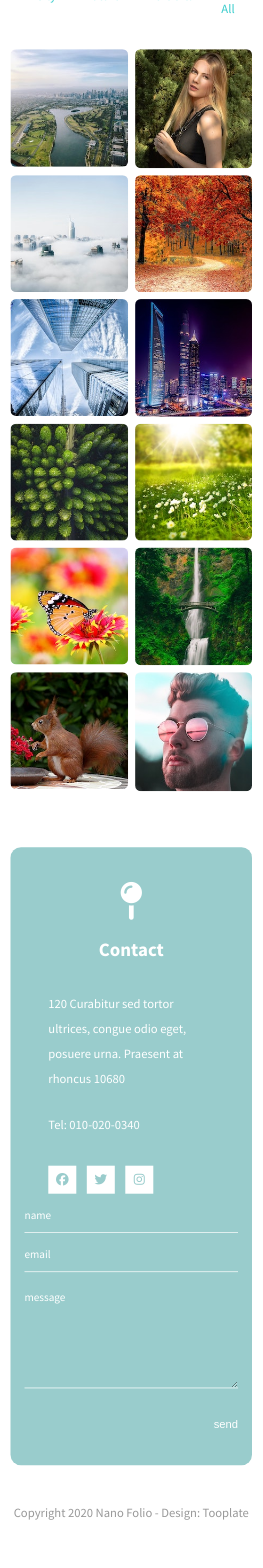
Repository: BuiVanVu102/Tooplate
Page: index.html
The author's editor kept a copy of each file at every save. The page is drawn from the files as they stood at one save, then again after the next save.
The browser window is 375 px wide. The pictures show the part of the page from y = 1475 to 3715 px (the page is 3715 px tall before and 3713 px after), at 70% of full size.
Some web libraries are served in a nearby version. The style sheet was rebuilt from its Sass, Less or Tailwind sources for each picture, by a compiler version that may differ from the author's.

Above is the page before, as saved 2021-11-17 13:44:06.

### index.html
<!DOCTYPE html>
<html lang="en">
<head>
	<meta charset="UTF-8">
	<meta http-equiv="X-UA-Compatible" content="IE=edge">
	<meta name="viewport" content="width=device-width, initial-scale=1.0">
	<link rel="preconnect" href="https://fonts.googleapis.com">
	<link rel="preconnect" href="https://fonts.gstatic.com" crossorigin>
	<link href="https://fonts.googleapis.com/css2?family=Source+Sans+Pro:wght@400;700&display=swap" rel="stylesheet">
	<link rel="stylesheet" href="./css/app.css">
	<title>Nano Folio - Live View</title>
</head>
<body>
		<div class="wrapper">
			<main>
				<section class="first">
					<div class="container">
						<div class="first__container">
							<i class="fas fa-heart fa-3x"></i>
							<h1 class="first__name">Nano Folio</h1>
						</div>
					</div>
				</section>
				<section class="about">
					<div class="container">
						<div class="about__container">
							<div class="about__heading">
								<i class="fas fa-users fa-2x"></i>
								<h2 class="about__name">
									About Us
								</h2>
							</div>
							<div class="about__desc">
								<p class="about__typography1">
									Nano Folio is simple HTML template with a minimal very light-weight custom CSS file. Max content width is 940 pixels. You can easily change the width or any part in this template. Gallery comes with a pop-up image and simple categories.
								</p>
								<p class="about__typography2">
									Please support Tooplate website by telling your friends about it. That is going to be very helpful for us. Feel free to <a rel="nofollow" href="https://www.tooplate.com/contact" target="_blank" style="color: #99FF66;">message us</a>  via email or live chat if you have anything to say.
								</p>
							</div>
						</div>
					</div>
				</section>
				<section class="show">
					<div class="container">
						<div class="show__container">
							<div class="show__header">
								<ul class="menu">
									<li class="menu__item"><a href="#!">City</a></li>
									<li class="menu__item"><a href="#!">Nature</a></li>
									<li class="menu__item"><a href="#!">Portraits</a></li>
									<li class="menu__item"><a href="#!">Show All</a></li>
								</ul>
							</div>
							<div class="show__list">
								<div class="show__img">
									<img src="./images/city-1.jpg" alt="">
								</div>
								<div class="show__img">
									<img src="./images/human-1.jpg" alt="">
								</div>
								<div class="show__img">
									<img src="./images/city-2.jpg" alt="">
								</div>
								<div class="show__img">
									<img src="./images/nature-1.jpg" alt="">
								</div>
								<div class="show__img">
									<img src="./images/city-3.jpg" alt="">
								</div>
								<div class="show__img">
									<img src="./images/city-4.jpg" alt="">
								</div>
								<div class="show__img">
									<img src="./images/nature-2.jpg" alt="">
								</div>
								<div class="show__img">
									<img src="./images/nature-3.jpg" alt="">
								</div>
								<div class="show__img">
									<img src="./images/nature-4.jpg" alt="">
								</div>
								<div class="show__img">
									<img src="./images/nature-5.jpg" alt="">
								</div>
								<div class="show__img">
									<img src="./images/nature-6.jpg" alt="">
								</div>
								<div class="show__img">
									<img src="./images/human-2.jpg" alt="">
								</div>

							</div>
						</div>
					</div>
				</section>
				<section class="form">
					<div class="container">
						<div class="form__container">
							<div class="form__submit">
								<input type="text" name="" id="" placeholder="name">
								<input type="email" name="" id="" placeholder="email">
								<textarea name="" id="" cols="30" rows="10" placeholder="message"></textarea>
								<button type="submit">send</button>
							</div>
							<div class="form__info">
								<address class="form__adress">120 Curabitur sed tortor ultrices, congue odio eget, posuere urna. Praesent at rhoncus 10680</address>
								<div class="form__phone">
									Tel: <a href="tel:0100200340" class="form__phone-link">010-020-0340</a>
								</div>
								<div class="form__network">
									<a href="https://facebook.com"><i class="fab fa-facebook"></i></a>
									<a href="https://twitter.com"><i class="fab fa-twitter"></i></a>
									<a href="https://instagram.com"><i class="fab fa-instagram"></i></a>

								</div>
							</div>
							<div class="form__contact">
								<i class="fas fa-map-pin fa-3x"></i>
								<h2 class="form__contact-text">
									Contact
								</h2>
							</div>
						</div>
					</div>
				</section>
			</main>
			<footer class="footer">
				<div class="container">
					<div class="footer__container">

					Copyright 2020 Nano Folio - Design: <a rel="sponsored" href="https://www.tooplate.com" class="footer__link">Tooplate</a>
					</div>
				</div>
			</footer>
		</div>
		<script src="https://kit.fontawesome.com/33b4a28a88.js" crossorigin="anonymous"></script>
</body>
</html>

### sass/app.scss
@import 'variable';
@import 'reset';
@import 'global';
@import 'first';
@import 'about';
@import 'show';
@import 'form';
@import 'footer';

### sass/_variable.scss
$font: 'Source Sans Pro', sans-serif;
$text-color: #ffff;
$title-color: #38cccc;

### sass/_reset.scss
html {
	box-sizing: border-box;
  }
  * {
	margin: 0;
	padding: 0;
  }
  *,
  *:before,
  *:after {
	box-sizing: border-box;
  }
  input,
  textarea,
  select,
  button {
	outline: none;
  }
  input {
	line-height: normal;
  }
  label,
  button {
	cursor: pointer;
  }
  a {
	text-decoration: none;
  }
  img {
	display: block;
	max-width: 100%;
  }

### sass/_global.scss
body {
	line-height: 2em;
	color: $font;
	font-size: 18px;
	font-family: $font;
	font-weight: 400;
	background-color: white;
	overflow-x: hidden;
}

.wrapper {
	max-width: 100%;
	margin: 0 auto;
}
.container {
	width: 100%;
	max-width: 970px;
	margin: 0 auto;
	padding: 0px 15px;
}

### sass/_first.scss
.first {
	margin-top: 60px;
	&__container{
		display: flex;
		flex-direction: column;
		justify-content: center;
		align-items: center;
		border-radius: 15px;
		max-width: 940px;
		height: 470px;
		background-color: #f96699;
		color: white;
		margin-bottom: 50px;

	}
	&__name {
		margin: 22px 0;
	}
}
.fa-hear:before {
	content: "\f004";
}

### sass/_about.scss
.about {
	margin-top: 0px;
	&__container {
		display: flex;
		// justify-content: center;
		// align-items: center
		padding: 50px 50px;
		margin-bottom: 80px;

		min-height: 482px;
		max-width: 940px;
		background-color: #38cccc;
		color: white;

		border-radius: 15px;
	}
	&__heading {
		display: flex;
		flex-direction: column;
		align-items: center;
		justify-content: center;

		// min-width: 420px;
		min-width: 50%;
		// min-height:382px;
	}
	&__name {
		margin:  22px 0;
		font-size: 1.5em;
		font-weight: bold;
	}
	&__decs {
		display: block;
		min-width: 50%;
	}
	&__typography1 {
		margin: 18px 0 40px;

		margin-block-start: 1em;
		margin-block-end: 1em;
		margin-inline-start: 0px;
		margin-inline-end: 0px;
	}
	&__typography2 {
		margin: 18px 0 0;

		margin-block-start: 1em;
		margin-block-end: 1em;
		margin-inline-start: 0px;
		margin-inline-end: 0px;
	}
}
.fa-user:before {
	content: "\f0c0";
}
@media screen and (max-width: 545px) {
	.about__container {
		display: flex;
		flex-direction: column;
	}
}

@media screen and (max-width: 375px) {

	.about__container {
		display: flex;
		flex-direction: column;

	}
}

### sass/_show.scss
.show {
	margin-bottom: 80px;
	&__container {
		display: block;
	}
	&__header {
		display: flex;
		justify-content: flex-end;
		align-items: center;
		margin-bottom: 40px;
		color: #38CCCC;
	}
	&__list {
		display: grid;
		grid-template-columns: repeat(4, 1fr);
		gap: 20px;

		position: relative;
	}
	&__img img{
		width: auto;
		height: auto;
		border-radius: 0.5rem;
	}

}

.menu {
	list-style: none;
	display: flex;
	align-items: center;
	gap:40px ;


	&__item a {
		color: inherit;
		font-size: 18px;
	}
	&__item a:focus{
		color: #f96699;
	}
}
@media screen and (max-width: 768px) {
	.show__header {
		display: flex;
		justify-content: flex-start;
	}
	.show__list {
		display: grid;
		grid-template-columns: repeat(3, 1fr);
		gap: 15px 15px;

	}
	.menu {
		margin-left: 36px;
	}

}
@media screen and (max-width: 545px) {
	.show__list {
		display: grid;
		grid-template-columns: repeat(2, 1fr);
		gap: 15px 15px;
	}
}

@media screen and (max-width: 375px) {
	.show__header {
		display: flex;

	}
	.show__list {
		display: grid;
		grid-template-columns: repeat(2, 1fr);
		gap: 10px 10px;
	}
	.show__img img{
		width: auto;
		height: auto;
	}
}

### sass/_form.scss
.form {
	margin-bottom: 50px;
	&__container {
		display: flex;
		justify-content: space-between;
		align-self: center;

		width: 100%;
		min-height: 438px;

		color: white;
		background-color: #99CCCC;

		padding: 50px 20px;

		border-radius: 15px;
	}
	&__submit {
		display: block;
		width: 40%;
	}
	&__submit  input{
		display: block;
		font-family: $font;
		font-size: 1rem;
		background: transparent;
		color: white;
		border: 0;
		border-bottom: 1px solid white;
		padding: 15px 0;
		margin-top: 5px;
		margin-bottom: 5px;
		width: 100%;
	}
	&__submit textarea {
		font-family: $font;
		font-size: 1rem;
		background:transparent;
		border: 0;
		border-bottom: 1px solid white;
		color: white;
		padding: 15px 0;
		margin: 5px 0 30px;
		max-width: 100%;
		max-height: 156px;
	}
	&__submit input:focus-visible {
		outline-offset: 0px;
		outline: -webkit-focus-color auto 1px;
		outline-color: -webkit-focus-ring-color;
		outline-style: auto;
		outline-width: 1px;
	}
	&__submit textarea:focus-visible {
		outline-offset: 0px;
		outline: -webkit-focus-ring-color auto 1px;
		outline-color: -webkit-focus-ring-color;
		outline-style: auto;
		outline-width: 1px;
	}
	&__submit button {
		display: block;

		background: none;
		color: white;
		font-size: 1rem;
		border: 0;
		cursor: pointer;
		transition: all 0.3s ease;

		margin-left: auto;
		margin-right: 0;
	}
	&__submit button:hover {
		color: black;
	}
	&__submit button:focus-visible {
		outline-offset: 0px;
		outline: -webkit-focus-ring-color auto 1px;
		outline-color: -webkit-focus-ring-color;
		outline-style: auto;
		outline-width: 1px;
	}
	&__info {
		display: block;

		width: 40%;
		padding: 20px 34px 0;
	}
	&__adress{
		display: block;
		margin-bottom: 30px;
		font-style: normal;
		font-size: 18px;

		max-width: 292px;
	}
	&__phone {
		display: block;
		margin-bottom: 40px;
		color: white;
		&-link {
			color: inherit;
			transition: all 0.3s ease;
		}
		&-link:hover {
			color: #38CCCC;
		}
	}
	&__network {
		display: flex;

	}
	&__network a {
		display: flex;
		justify-content: center;
		align-items: center;

		height: 40px;
		width: 40px;

		background-color: #ffff;
		margin-right: 15px;

		color: #99cccc;
		transition: all 0.3s ease;
	}
	&__network a:hover {
		color: #30ADAD;
	}
	&__contact {
		display: flex;
		flex-direction: column;
		align-items: center;
		justify-content: center;

		width: 20%;
		padding: 0 34px;
		&-text {
			display: block;
			margin: 22.4px;
			font-size: 1.5em;
			font-weight: bold;

		}
	}
}
::placeholder {
	color: white;

}

.fa-facebook:before {
	content: "\f09a";
}
.fa-twitter:before {
    content: "\f099";
}
.fa-instagram:before {
    content: "\f16d";
}
.fa-map-pin:before {
    content: "\f276";
}

@media screen and (max-width: 545px) {
	.form__container {
		display: flex;
		flex-direction: column-reverse;
		justify-content: center;
		align-items: center;

		margin-bottom: 30px;
		width: 100%;
	}
	.form__info {
		display: block;
		width: 100%;

	}
	.form__submit {
		display: block;
		width: 100%;
	}
	.form__submit textarea {
		width: 100%;
	}
}

@media screen and (max-width: 375px) {
	.form__container {
		display: flex;
		flex-direction: column-reverse;
		justify-content: center;
		align-items: center;
		padding: 50px 20px;
	}
	.form__info {
		display: block;
		width: 100%;

	}
	.form__submit {
		display: block;
		width: 100%;
	}
}

### sass/_footer.scss
.footer {
	margin-bottom: 60px;
	&__container {
		display: block;
		color: #999999;
		text-align: center;
	}
	&__link {
		color:#999999;
		transition: all 0.3s ease;
	}
	&__link:hover {
		color: #38CCCC;
	}

}

After the next save:
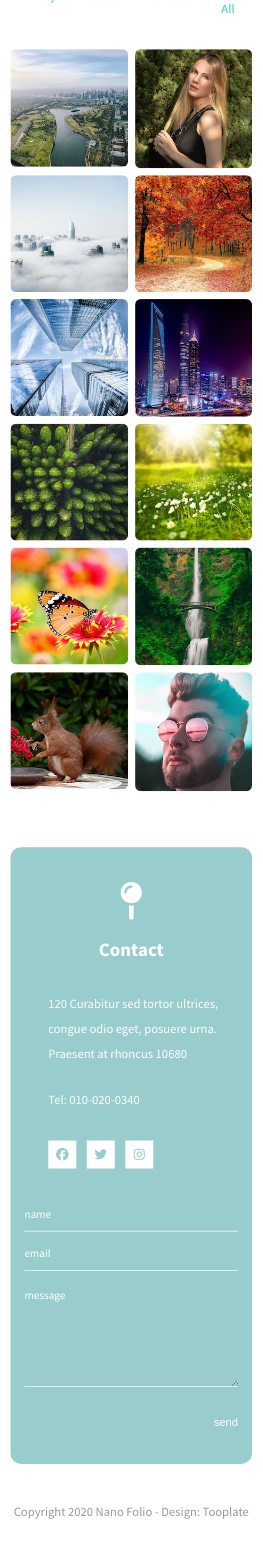
Saved 2 min 25 s later.
--- a/sass/_form.scss
+++ b/sass/_form.scss
@@ -177,6 +177,8 @@
 		display: block;
 		width: 100%;
 
+		padding: 20px 0 34px 34px;
+
 	}
 	.form__submit {
 		display: block;

After the save that followed:
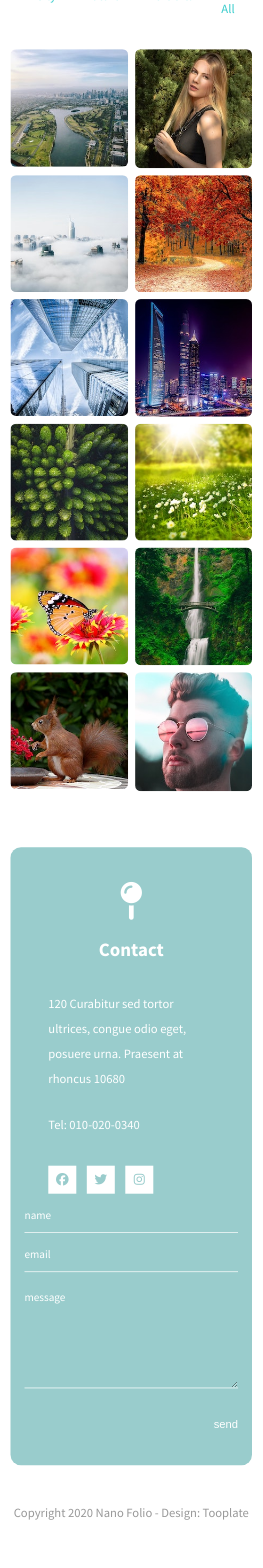
Saved 40 s later.
--- a/sass/_form.scss
+++ b/sass/_form.scss
@@ -177,7 +177,7 @@
 		display: block;
 		width: 100%;
 
-		padding: 20px 0 34px 34px;
+		padding: 20px 34px 0;
 
 	}
 	.form__submit {
